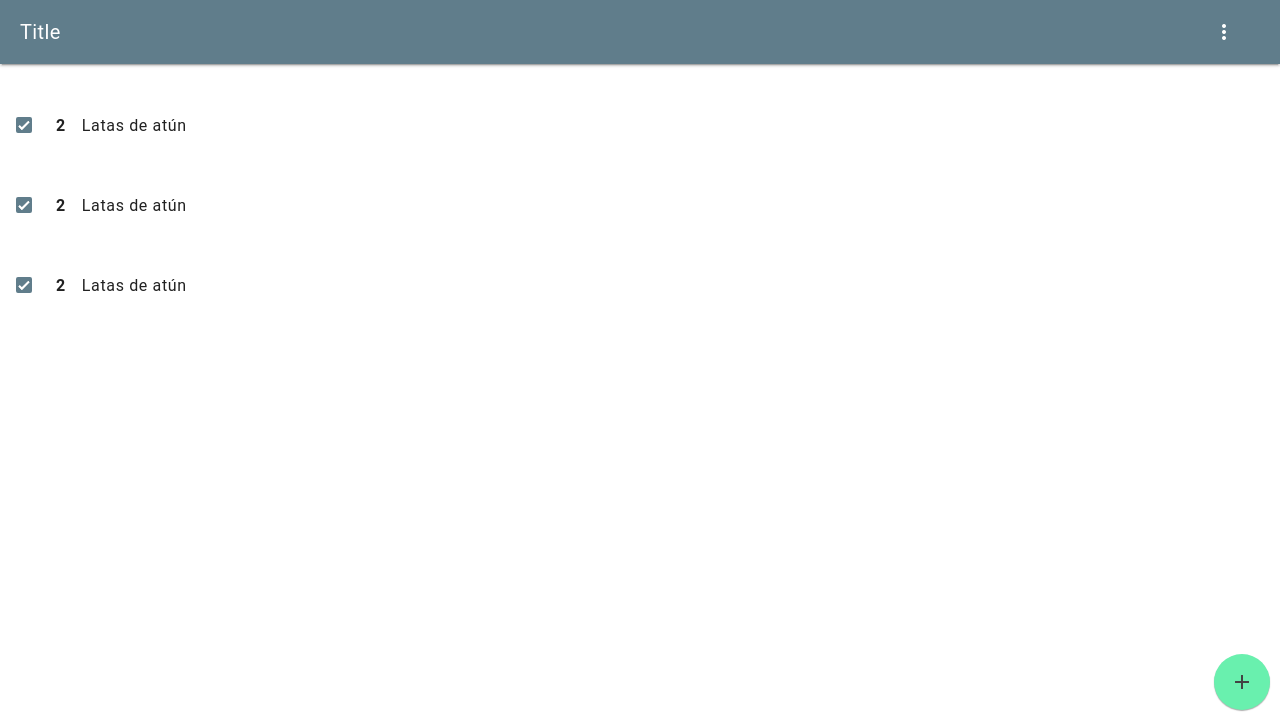
Repository: robertods/robertods.github.io
Page: my-pwa/mockups/main.html
An editor plug-in stored every save of this project. The page is shown before and after the next save, followed by the edit.
The browser window is 1280 px wide. The pictures show the whole page.

Above is the page before, as saved 2022-04-25 20:56:13.

### my-pwa/mockups/main.html
<!DOCTYPE html>
<html lang="en">
<head>
  <meta charset="UTF-8">
  <meta http-equiv="X-UA-Compatible" content="IE=edge">
  <meta name="viewport" content="width=device-width, initial-scale=1.0">
  <title>Document</title>
  <link rel="stylesheet" href="../vendor/mdl/material.min.css">
  <link rel="stylesheet" href="../vendor/mdl/icons.css">
  <link rel="stylesheet" href="../style.css">
</head>
<body>

  <div class="mdl-layout mdl-js-layout mdl-layout--fixed-header">
    <header class="mdl-layout__header">
      <div class="mdl-layout__header-row">
        <span class="mdl-layout-title">Title</span>
        <div class="mdl-layout-spacer"></div>
        <button id="demo-menu-lower-right" class="mdl-button mdl-js-button mdl-button--icon">
          <i class="material-icons">more_vert</i>
        </button>
        <ul class="mdl-menu mdl-menu--bottom-right mdl-js-menu mdl-js-ripple-effect"
            for="demo-menu-lower-right">
          <li class="mdl-menu__item">Borrar todos</li>
          <li class="mdl-menu__item">Borrar comprados</li>
          <li class="mdl-menu__item">Ordenar</li>
        </ul>
      </div>
    </header>
    <main class="mdl-layout__content">
      <div class="page-content">

      <!-- List with avatar and controls -->
      <style>
        .demo-list-control {
          width: 600px;
        }

        .demo-list-radio {
          display: inline;
        }
      </style>

        <ul class="demo-list-control mdl-list">
          <li class="mdl-list__item">
            <span class="mdl-list__item-secondary-action">
              <label class="mdl-checkbox mdl-js-checkbox mdl-js-ripple-effect" for="list-checkbox-1">
                <input type="checkbox" id="list-checkbox-1" class="mdl-checkbox__input" checked />
              </label>
            </span>
            <span class="mdl-list__item-primary-content">
              <span class="count">2</span>
              Latas de atún
            </span>
          </li>
          <li class="mdl-list__item">
            <span class="mdl-list__item-secondary-action">
              <label class="mdl-checkbox mdl-js-checkbox mdl-js-ripple-effect" for="list-checkbox-1">
                <input type="checkbox" id="list-checkbox-1" class="mdl-checkbox__input" checked />
              </label>
            </span>
            <span class="mdl-list__item-primary-content">
              <span class="count">2</span>
              Latas de atún
            </span>
          </li>
          <li class="mdl-list__item">
            <span class="mdl-list__item-secondary-action">
              <label class="mdl-checkbox mdl-js-checkbox mdl-js-ripple-effect" for="list-checkbox-1">
                <input type="checkbox" id="list-checkbox-1" class="mdl-checkbox__input" checked />
              </label>
            </span>
            <span class="mdl-list__item-primary-content">
              <span class="count">2</span>
              Latas de atún
            </span>
          </li>
        </ul>

        <button class="action-corner mdl-button mdl-js-button mdl-button--fab mdl-js-ripple-effect mdl-button--colored">
          <i class="material-icons">add</i>
        </button>
      </div>
    </main>
  </div>

  <script src="../vendor/mdl/material.min.js"></script>
</body>
</html>

### my-pwa/vendor/mdl/icons.css
/* fallback */
@font-face {
  font-family: 'Material Icons';
  font-style: normal;
  font-weight: 400;
  src: url(icons.woff2) format('woff2');
}

.material-icons {
  font-family: 'Material Icons';
  font-weight: normal;
  font-style: normal;
  font-size: 24px;
  line-height: 1;
  letter-spacing: normal;
  text-transform: none;
  display: inline-block;
  white-space: nowrap;
  word-wrap: normal;
  direction: ltr;
  -webkit-font-feature-settings: 'liga';
  -webkit-font-smoothing: antialiased;
}

### my-pwa/style.css
.mdl-layout__header-row {
  padding-left: 20px;
}

.count {
  padding: 16px;
  font-weight: bolder;
}

.action-corner {
  position: fixed;
  bottom: 10px;
  right: 10px;
}

Loaded but not shown: my-pwa/vendor/mdl/material.min.css (library); my-pwa/vendor/mdl/material.min.js (library)

After the next save:
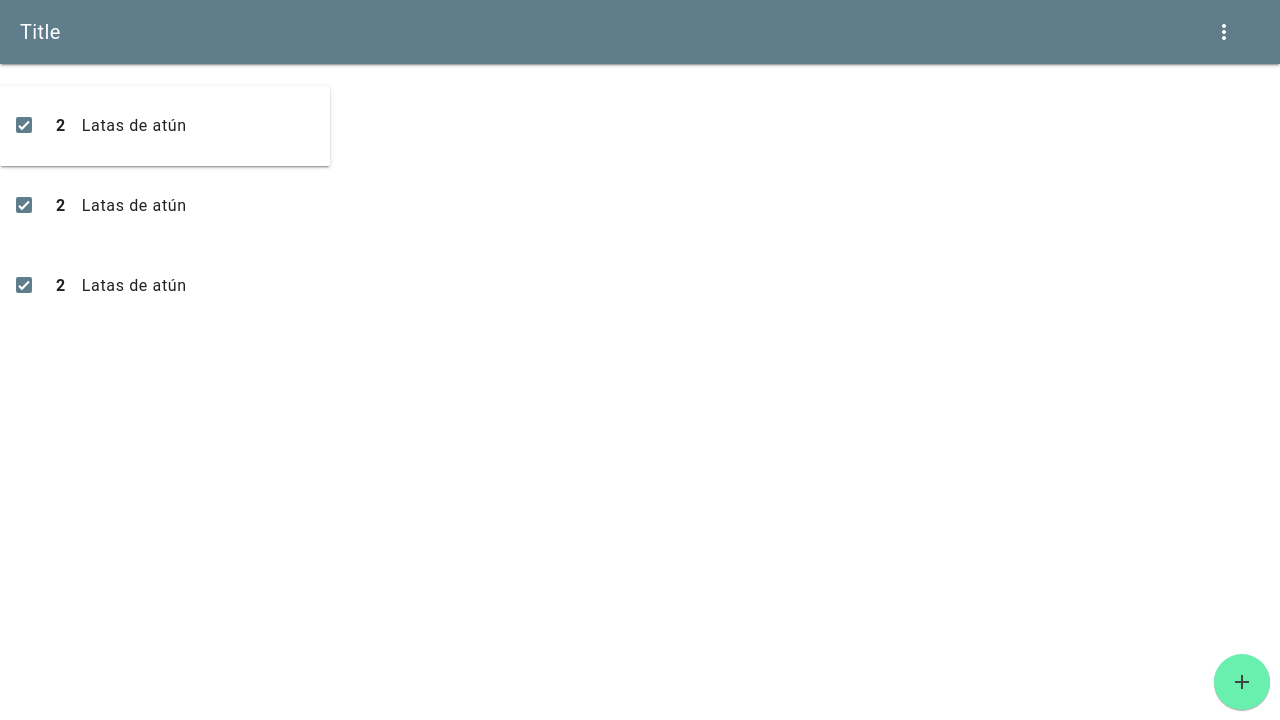
Saved 73 s later.
--- a/my-pwa/mockups/main.html
+++ b/my-pwa/mockups/main.html
@@ -42,7 +42,7 @@
       </style>
 
         <ul class="demo-list-control mdl-list">
-          <li class="mdl-list__item">
+          <li class="mdl-list__item mdl-card mdl-shadow--2dp">
             <span class="mdl-list__item-secondary-action">
               <label class="mdl-checkbox mdl-js-checkbox mdl-js-ripple-effect" for="list-checkbox-1">
                 <input type="checkbox" id="list-checkbox-1" class="mdl-checkbox__input" checked />
